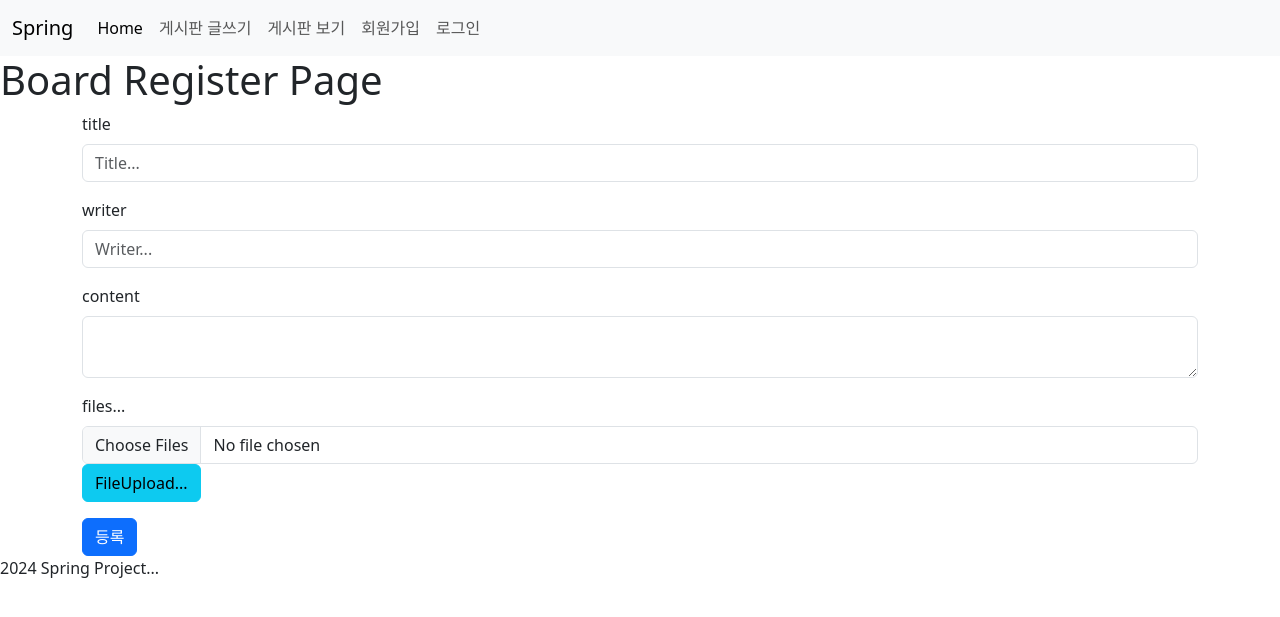
Repository: leechanggyu1118/Spring
Page: http://localhost/spring_study/WEB-INF/views/board/register.jsp
The author's editor kept a copy of each file at every save. The page is drawn from the files as they stood at one save, then again after the next save.
The browser window is 1280 px wide. The pictures show the whole page.
The page is served by Tomcat 9. Nobody is signed in. The template is opened directly, without the code that normally fills it, so the values that code supplies are empty.

Above is the page before, as saved 2024-04-29 01:37:58.

### spring_study/src/main/webapp/WEB-INF/views/board/register.jsp
<%@ page language="java" contentType="text/html; charset=UTF-8"
	pageEncoding="UTF-8"%>
	<jsp:include page="../layout/header.jsp"></jsp:include>

	<h1>Board Register Page</h1>
	<div class="container-md">
		<form action="/board/insert" method="post">

			<div class="mb-3">
				<label for="t" class="form-label">title</label>
				<input type="text" class="form-control" name="title" id="t" placeholder="Title...">
			</div>

			<div class="mb-3">
				<label for="w" class="form-label">writer</label>
				<input type="text" class="form-control" name="writer" value="${ses.id }" id="w" placeholder="Writer...">
			</div>

			<div class="mb-3">
				<label for="c" class="form-label">content</label>
				<textarea class="form-control" id="c" name="content" aria-label="With textarea"></textarea>
			</div>

		<!-- 파일 입력 라인 추가 -->
         <div class="mb-3">
            <label for="file" class="form-label">files...</label>
            <input type="file" class="form-control" name="files" id="file" multiple="multiple" st>
            <button type="button" class="btn btn-info">FileUpload...</button>
         </div>

         <!-- 파일 목록 표시라인  -->
         <div class="mb-3" id="fileZone">

         </div>


			<button type="submit" class="btn btn-primary" id="regBtn">등록</button>
		</form>
	</div>

		<jsp:include page="../layout/footer.jsp"></jsp:include>

### spring_study/src/main/webapp/WEB-INF/views/layout/header.jsp
<%@ page language="java" contentType="text/html; charset=UTF-8"
    pageEncoding="UTF-8"%>
    <%@taglib uri="http://java.sun.com/jsp/jstl/core" prefix="c" %>
<!DOCTYPE html>
<html>
<head>
<meta charset="UTF-8">
<title>header.jsp</title>
<link href="https://cdn.jsdelivr.net/npm/bootstrap@5.3.3/dist/css/bootstrap.min.css" rel="stylesheet" integrity="sha384-QWTKZyjpPEjISv5WaRU9OFeRpok6YctnYmDr5pNlyT2bRjXh0JMhjY6hW+ALEwIH" crossorigin="anonymous">
<script src="https://cdn.jsdelivr.net/npm/bootstrap@5.3.3/dist/js/bootstrap.bundle.min.js" integrity="sha384-YvpcrYf0tY3lHB60NNkmXc5s9fDVZLESaAA55NDzOxhy9GkcIdslK1eN7N6jIeHz" crossorigin="anonymous"></script>
</head>
<body>

<nav class="navbar navbar-expand-lg bg-body-tertiary">
  <div class="container-fluid">
    <a class="navbar-brand" href="#">Spring</a>
    <button class="navbar-toggler" type="button" data-bs-toggle="collapse" data-bs-target="#navbarSupportedContent" aria-controls="navbarSupportedContent" aria-expanded="false" aria-label="Toggle navigation">
      <span class="navbar-toggler-icon"></span>
    </button>
    <div class="collapse navbar-collapse" id="navbarSupportedContent">
      <ul class="navbar-nav me-auto mb-2 mb-lg-0">
        <li class="nav-item">
          <a class="nav-link active" aria-current="page" href="/">Home</a>
        </li>
        <li class="nav-item">
          <a class="nav-link" href="/board/register">게시판 글쓰기</a>
        </li>
        <li class="nav-item">
          <a class="nav-link" href="/board/list">게시판 보기</a>
        </li>
        <li class="nav-item">
          <a class="nav-link" href="/member/register">회원가입</a>
        </li>

        <c:if test="${ses.id eq null }">
        <li class="nav-item">
          <a class="nav-link" href="/member/login">로그인</a>
        </li>
        </c:if>

        <c:if test="${ses.id ne null }">
        <li class="nav-item">
          <a class="nav-link" href="/member/logout">로그아웃</a>
        </li>
        <li class="nav-item">
          <a class="nav-link" href="/member/modify">${ses.id }(${ses.email }) welcome!</a>
        </li>
		</c:if>

        </ul>
    </div>
  </div>
</nav>

### spring_study/src/main/webapp/WEB-INF/views/layout/footer.jsp
<%@ page language="java" contentType="text/html; charset=UTF-8"
    pageEncoding="UTF-8"%>
<div>
	2024 Spring Project...
</div>

</body>
</html>

After the next save:
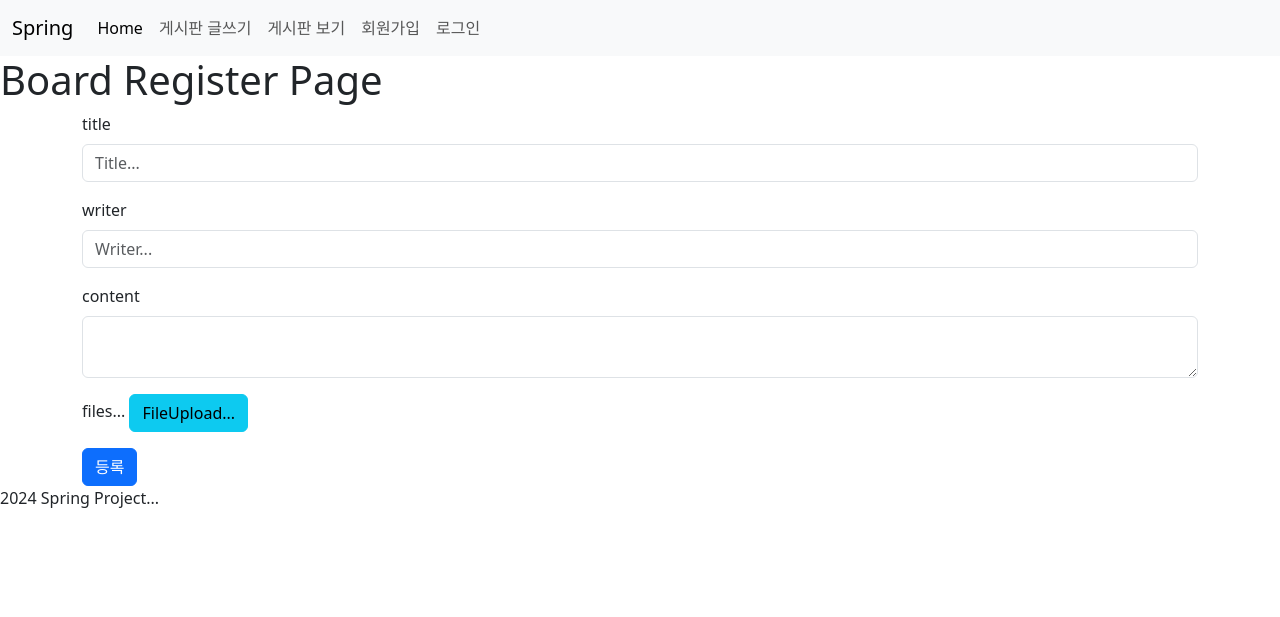
Saved 20 s later.
--- a/spring_study/src/main/webapp/WEB-INF/views/board/register.jsp
+++ b/spring_study/src/main/webapp/WEB-INF/views/board/register.jsp
@@ -24,7 +24,7 @@
 		<!-- 파일 입력 라인 추가 -->
          <div class="mb-3">
             <label for="file" class="form-label">files...</label>
-            <input type="file" class="form-control" name="files" id="file" multiple="multiple" st>
+            <input type="file" class="form-control" name="files" id="file" multiple="multiple" style="display: none;">
             <button type="button" class="btn btn-info">FileUpload...</button>
          </div>
 
